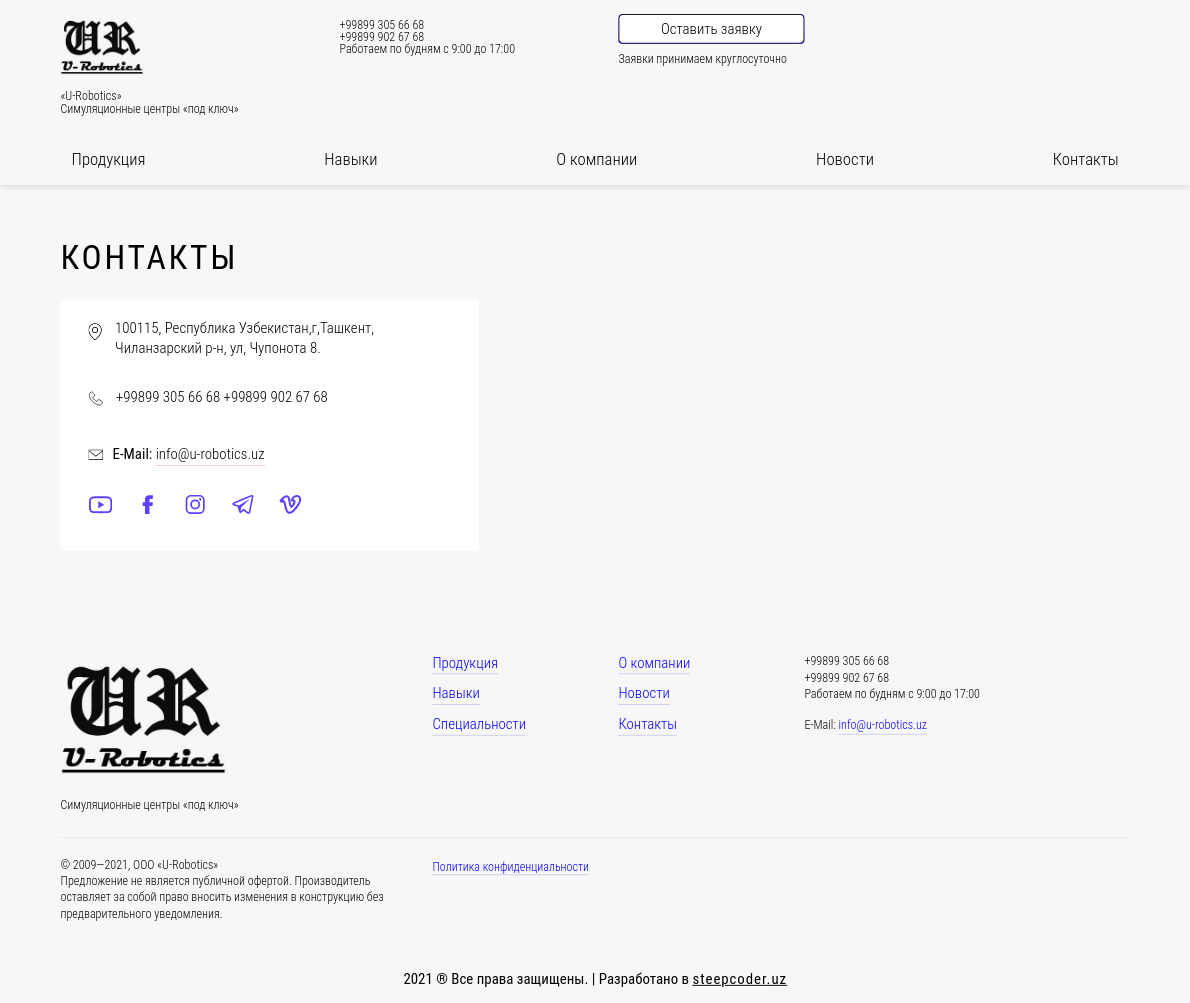
Repository: remrtehno/hotel
Page: http://localhost/contact
The author's editor kept a copy of each file at every save. The page is drawn from the files as they stood at one save, then again after the next save.
The browser window is 1280 px wide. The pictures show the whole page, at 93% of full size.
Some web fonts or font styles are not loaded; a fallback is used. The page is served by the project's Laravel application, run on PHP 8.4 with Laravel 8. Other server files are loaded and not shown. The database holds what the project's SQL file puts in it.

Above is the page before, as saved 2021-04-25 17:51:21.

### app/Providers/AppServiceProvider.php
<?php

namespace App\Providers;

use Illuminate\Support\ServiceProvider;
use App\Contact;

class AppServiceProvider extends ServiceProvider
{
    /**
     * Register any application services.
     *
     * @return void
     */
    public function register()
    {
        //
    }

    /**
     * Bootstrap any application services.
     *
     * @return void
     */
    public function boot()
    {
        view()->composer('*', function ($view) {
            $contacts = Contact::first();
            $view->with('contact_info', [
                'phone' => $contacts->phone,
                'email' => $contacts->email,
            ]);
        });
    }
}

### routes/web.php
<?php

/*
|--------------------------------------------------------------------------
| Web Routes
|--------------------------------------------------------------------------
|
| Here is where you can register web routes for your application. These
| routes are loaded by the RouteServiceProvider within a group which
| contains the "web" middleware group. Now create something great!
|
*/

Route::get('/', "MainController@index")->name("index");
Route::get('/catalog', "MainController@catalog")->name("catalog");
Route::get('/products', "MainController@products")->name("products");
Route::get('/category/{slug}', "MainController@category")->name("category");
Route::get('/detail/{slug}', "MainController@detail")->name("detail");
Route::get('/newsdetail/{slug}', "MainController@newsdetail")->name("newsdetail");
Route::get('/gallery', "MainController@gallery")->name("gallery");
Route::get('/news', "MainController@news")->name("news");
Route::get('/about', "MainController@about")->name("about");
Route::get('/video', "MainController@video")->name("video");
Route::get('/contact', "MainController@contact")->name("contact");
Route::get('/stocks', "MainController@stocks")->name("stocks");
Route::get('/services', "MainController@services")->name("services");
Route::get('/servicesdetail/{id}', "MainController@servicesdetail")->name("servicesdetail");




Route::group(['prefix'=>'admin','namespace'=>'Admin','middleware'=>'auth'], function(){

    Route::get('/', 'MainController@index');
    Route::resource('/post','ProductController');
    Route::resource('/category','CategoryController');
    Route::resource('/slider','SliderController');
    Route::resource('/services','ServicesController');
    Route::resource('/about','AboutController');
    Route::resource('/news','NewsController');
    Route::resource('/video','VideoController');
    Route::resource('/contact','ContactController');
    Route::resource('/logo','LogoController');
    Route::resource('/stock','StockController');
});

Auth::routes();

Route::get('/home', 'HomeController@index')->name('home');

### app/Contact.php
<?php

namespace App;

use Illuminate\Database\Eloquent\Model;

class Contact extends Model
{
    protected $table = "contacts";
    protected $fillable = ['email','phone','address'];



    public static function add($fields)
    {
        $post = new static;
        $post->fill($fields);
        $post->save();
        return $post;
    }

    public function edit($fields)
    {
        $this->fill($fields);
        $this->save();
    }
}

### resources/views/main/main.blade.php
<!DOCTYPE html>
<html lang="en-US">
    <head>
        <meta charset="UTF-8" />
        <meta name="viewport" content="width=device-width, initial-scale=1, maximum-scale=1">
        <meta name="keywords" content="{{ $meta_key }}">
        <meta name="description" content="{{ $meta_desc }}">


        <link rel="preconnect" href="https://fonts.gstatic.com">
        <link
            href="https://fonts.googleapis.com/css2?family=Roboto+Condensed:ital,wght@0,300;0,400;0,700;1,300&display=swap"
            rel="stylesheet">
        <link rel="icon" type="image/png" href="">
        <link href="/css/slick.css" rel="stylesheet">
        <link href="/css/slicknav.css" rel="stylesheet">
        <link href="/css/jquery.fancybox.min.css" rel="stylesheet">
        <link href="/css/styles.min.css" rel="stylesheet">
        <link href="/css/template170321.css" rel="stylesheet">
        <link rel="stylesheet" href="/css/style-new.css">

        <!--[if IE 8]>
        <link rel="stylesheet" type="text/css"
            href="/public/fazka/css/vc-ie8.css" media="screen">
        <![endif]-->
    </head>

    <body>
        @include("lib.header")

        <main>
            @yield("slider")
            @yield("userwrap")
            @yield("content")
        </main>

        @include("lib.footerinput")

        <div class="copyright" style="text-align: center; padding-bottom: 15px;">
            2021 ® Все права защищены.
            | Разработано в <a style="display: inline; color: black; letter-spacing: 1px;"
                href="http://steepcoder.uz/site"><u>steepcoder.uz</u></a>
        </div>

        <script src="js/jquery.3.2.1.min.js"></script>
        <script src="js/svg4everybody.min.js"></script>
        <script src="js/slick.min.js"></script>
        <script src="js/jquery.slicknav.js"></script>
        <script src="js/scripts.js"></script>

    </body>
</html>

### resources/views/lib/header.blade.php
<header>
  <div class="container">
      <!-- BEGIN HEADERBAR-->
      <div class="headerbar">
          <div class="headerbar__row">
              <div class="headerbar__logo">
                  <a href="">
                      <img src="/uploads/logo/logo.png" alt="">
                      <p>«U-Robotics» <br> Симуляционные центры «под ключ»</p>
                  </a>
              </div>
              <div class="headerbar__info">
                  <style>
                      .headerbar__info {
                          font-size: 22px;
                      }
                  </style>
                {!! $contact_info['phone'] !!}
                  <p>Работаем по будням с 9:00 до 17:00</p>
              </div>
              <div class="headerbar__request">
                  <a class="js-modal-show" data-target="js-request"><span>Оставить заявку</span></a>

                  <p>Заявки принимаем круглосуточно</p>
              </div>
          </div>
      </div>
      <!-- END HEADERBAR -->
      <!-- BEGIN NAVBAR -->
      <nav class="navbar wr">
          <div class="slicknav_menu"><a href="#" aria-haspopup="true" role="button" tabindex="0" class="slicknav_btn slicknav_collapsed"><span class="slicknav_menutxt"></span><span class="slicknav_icon slicknav_no-text"><span class="slicknav_icon-bar"></span><span class="slicknav_icon-bar"></span><span class="slicknav_icon-bar"></span></span></a>
              <ul class="slicknav_nav slicknav_hidden" aria-hidden="true" role="menu" style="display: none;">
                  <li><a href="{{ route('products') }}" role="menuitem" tabindex="-1">Продукция</a></li>
                  <li><a href="#skill" class="js-anchor" >Навыки</a></li>
                  <li><a href="{{ route('about') }}">О компании</a></li>
                  <li><a href="{{ route('news') }}">Новости</a></li>
                  <li><a href="{{ route('contact') }}">Контакты</a></li>
              </ul>
          </div>
          <ul class="navbar__menu">
              <li><a href="{{ route('products') }}">Продукция</a></li>
              <li><a href="#skill" class="js-anchor">Навыки</a></li>
              <li><a href="{{ route('about') }}">О компании</a></li>
              <li><a href="{{ route('news') }}">Новости</a></li>
              <li><a href="{{ route('contact') }}">Контакты</a></li>
          </ul>
      </nav>
      <!-- END NAVBAR  -->
  </div>
</header>

### resources/views/lib/footerinput.blade.php
<footer class="footer-noborder">
    <div class="container">
        <!-- BEGIN FOOTERBAR-->
        <section class="footerbar">
            <div class="footerbar__row">
                <div class="footerbar__logo">
                    <a href="">
                        <img src="img/logo.jpg" alt="">
                        <p> Симуляционные центры «под ключ»</p>
                    </a>

                </div>

                <div class="footerbar__menu">
                    <ul>
                        <li><a href="produkciya.html">Продукция</a></li>
                        <li><a href="navyki.html">Навыки</a></li>
                        <li><a href="specialnosti.html">Специальности</a></li>
                        <li><a href="o-kompanii.html">О компании</a></li>
                        <li><a href="novosti.html">Новости</a></li>
                        <li><a href="kontakty.html">Контакты</a></li>
                    </ul>

                </div>
                <div class="footerbar__contacts">
                    {!! $contact_info['phone'] !!}
                    <p>Работаем по будням с 9:00 до 17:00</p>
                    {!! $contact_info['email'] !!}

                </div>
            </div>
        </section>
        <!-- END FOOTERBAR -->
        <!-- BEGIN BOTTOM-->
        <div class="bottom">
            <div class="bottom__row">
                <div class="bottom__copyright">
                    <span>© 2009—2021, ООО «U-Robotics»</span>
                    <br>
                    <span>Предложение не является публичной офертой. Производитель оставляет за собой право вносить
                        изменения в конструкцию без предварительного уведомления.</span>
                </div>
                <div class="bottom__privacy">
                    <a href="politika-konfidencialnosti.html">Политика конфиденциальности</a>
                </div>
            </div>
        </div>
        <!-- END BOTTOM -->
    </div>
</footer>
<!-- BEGIN MODAL-->
<div class="modal  js-modal" id="js-request">
    <p class="modal__title">Обратная связь</p>
    <!-- BEGIN FORM -->
    <form class="form" action="" enctype="multipart/form-data">
        <div class="FLresult form__group"></div>
        <div class="form__group">
            <input type="text" name="ФИО" placeholder="ФИО" required="">
        </div>
        <div class="form__group">
            <input class="phone" type="tel" placeholder="Телефон" name="Телефон" required="">
        </div>
        <div class="form__group">
            <input type="email" name="Почта" placeholder="Эл. почта" required="">
        </div>
        <div class="form__group">
            <input type="text" name="Город и место работы" placeholder="Город и место работы">
        </div>
        <div class="form__group">
            <input type="text" name="Тема сообщения" placeholder="Тема">
        </div>
        <div class="form__group">
            <textarea name="Текст сообщения" placeholder="Текст"></textarea>
        </div>
        <div class="form__file">
            <label>
                <input type="file" name="attachment">
                <span>
                    <svg>
                        <use xlink:href="img/sprite.svg#file"></use>
                    </svg>
                    Прикрепить файл
                </span>
            </label>
            <input type="text" id="filename" class="filename" disabled="">
            <button class="file-remove">
                <svg>
                    <use xlink:href="img/sprite.svg#close"></use>
                </svg>
            </button>
        </div>
        <div class="form__checkbox">
            <input type="checkbox" name="agree" id="agree" checked="" required="">
            <label for="agree">
                <span>Нажимая кнопку «Отправить», я соглашаюсь на <a
                        href="soglashenie-ob-obrabotke-personalnyh-dannyh.html">обработку персональных данных</a></span>
                <svg>
                    <use xlink:href="img/sprite.svg#check"></use>
                </svg>
            </label>
        </div>
        <input type="hidden" name="formid" value="basic" data-fl-name="Форма">
        <button class="form__submit FLajax" type="submit" data-fl-theme="Сообщение с сайта U-robotics"><span>Отправить
                сообщение</span></button>
    </form>
    <!-- END FORM -->
    <a href="#" class="modal__close  js-modal-close">✖</a>
</div>
<!-- END MODAL -->

### public/css/template170321.css
.page-title h1 {
	text-transform: uppercase;
	font-size: 36px;
	letter-spacing: 3px;
}

.has-error {
	border: 1px solid red!important;
}

.search_title {
	padding: 10px 10px 10px 16px;
	background-color: #fff;
}

.search_title a {
	color: #5e42fc;
	border-bottom: 1px solid rgba(143, 11, 11, .2);
	-webkit-transition: all .3s linear;
	transition: all .3s linear;
	font-size: 18px;
	font-weight: 300;
}

.search_extract {
	padding: 0px 10px 10px 16px;
	background-color: #fff;
}

.evoSearch_info {
	padding: 15px 10px 15px 16px;
	background-color: #fff;
	margin-bottom: 20px;
	font-size: 20px;
}

.js-modal-show {
	cursor: pointer;
}

.other-feedback {
	margin-top: 20px;
}

.product__txt a {
	color: #5e42fc;
	border-bottom: 1px solid #5e42fc;
	-webkit-transition: all .3s linear;
	transition: all .3s linear;
	font-size: 18px;
	font-weight: 300;
}

.filter__hidden,
.form__checkbox {
	transition: all .3s linear;
}

.product__header-center {
	box-sizing: border-box;
	margin-left: 25px;
	margin-right: 25px;
	word-wrap: break-word;
}

.product__txt ul li {
	list-style-type: disc;
	list-style-position: outside;
	margin-left: 20px;
}

.product__txt ol li {

}

.product__txt ol {
	padding-left: inherit;
}
.banner__caption {
	display: flex;
	align-items: center;
	justify-content: center;
	padding-top: initial;
	top: -20px;
}
.banner__txt{
	font-size: 35px;
}

.news__desc h3 {
    min-height: 90px;
}

.social ul {
    margin: 30px 0 0;
    padding: 0;
    list-style: none;
    display: -webkit-box;
    display: -ms-flexbox;
    display: flex;
    -webkit-box-align: center;
    -ms-flex-align: center;
    align-items: center;
    -webkit-box-pack: end;
    -ms-flex-pack: end;
    justify-content: start;
}
.social ul li:first-child {
    margin-left: 0;
}
.social ul li {
    margin-left: 25px;
}
.social ul li a {
    display: block;
    width: 26px;
    height: 21px;
}
.social ul li a svg {
    width: 100%;
    height: 100%;
    fill: #5e42fc;
    -webkit-transition: .3s linear;
    transition: .3s linear;
}
.social ul li a:hover svg {
    fill: #5e42fc;
		opacity: 0.7;
}

.contacts__map {
    height: 270px;
}

@media screen and (max-width: 1199px){
	.banner__txt {
		font-size: 38px;

	}
	.social ul {
    -webkit-box-pack: center;
    -ms-flex-pack: center;
    justify-content: center;
}
}

@media screen and (max-width: 991px){
	.banner__txt {

		font-size: 32px;
	}
}

### public/css/style-new.css
* {
    outline: none;
}

.footerbar__logo img {
    mix-blend-mode: multiply;
}

.headerbar__logo img {
    mix-blend-mode: multiply;
    width: 90px;
}

header {
    color: black;
    background: none;
}

header * {
    color: #000000 !important;
}

.headerbar__info a,
.headerbar__info p {
    color: black;
}

.headerbar__request a span {
    background-color: white;
    border: 1px solid #000;
    border-radius: 5px;
}

.criteria__item svg {
    fill: black;
}

.headerbar__logo {
    padding-top: 0;
}

.wrapper {
    height: 100%;
    display: flex;
    justify-content: center;
    align-items: center;
}

@media (max-width: 767px) {
    .wrapper {
        padding: 50px 10px;
    }
}

/* Основные стили */

/* Слайдер */

.slick-slider {
    min-width: 0;
}

/* Ограничивающая оболочка */

.slick-list {
    overflow: hidden;
}

/* Лента слайдов */

.slick-track {
    display: flex;
    align-items: flex-start;
}

/* Слайд */

.slick-slide {
}

/* Слайд активный */

.slick-slide.slick-active {
}

/* Слайд основной */

.slick-slide.slick-current {
}

/* Слайд по центру */

.slick-slide.slick-center {
}

/* Стрелка */

.slick-arrow {
}

/* Стрелка влево */

.slick-arrow.slick-prev {
}

/* Стрелка вправо */

.slick-arrow.slick-next {
}

/* Стрелка не активная */

.slick-arrow.slick-disabled {
}

/* Точки */

.slick-dots {
}

.slick-dots li {
}

.slick-dots button {
}

/* Конкретный слайдер */

.slider {
    position: relative;
}

.slider .slick-arrow {
    position: absolute;
    top: 50%;
    margin: -30px 0px 0px 0px;
    z-index: 10;
    font-size: 0;
    width: 30px;
    height: 60px;
    border: 0;
    outline: none;
    cursor: pointer;
}

.slider .slick-arrow.slick-prev {
    left: 15px;
    background: url("../img/sl-arrow_l.svg") 0 0 / 65% no-repeat;
}

.slider .slick-arrow.slick-next {
    right: 15px;
    background: url("../img/sl-arrow_r.svg") 0 0 / 65% no-repeat;
}

.slider .slick-arrow.slick-disabled {
    opacity: 0.2;
}

.slider .slick-dots {
    display: flex;
    align-items: center;
    justify-content: center;
}

.slider .slick-dots li {
    list-style: none;
    margin: 0px 10px;
}

.slider .slick-dots button {
    font-size: 0;
    width: 10px;
    height: 10px;
    background-color: #fff;
    border-radius: 50%;
    border: 0;
}

.slider .slick-dots li.slick-active button {
    background-color: transparent;
    border: 1px solid #fff;
}

.slider__item img {
    max-width: 100%;
}

.slider__item.slick-center {
}

@media (max-width: 992px) {
    .slicknav_menu:nth-child(2) {
        display: none;
    }
}
@media (min-width: 992px) {
    .product-container {
        display: grid;
        grid-template-columns: 270px 1fr;
        grid-template-rows: 1fr;
        gap: 30px 30px;
    }
}



.form__checkbox label::before {

}

### med.sql (the tables this page reads)
CREATE TABLE `contacts` (
  `id` bigint(20) UNSIGNED NOT NULL,
  `email` text COLLATE utf8mb4_unicode_ci NOT NULL,
  `phone` text COLLATE utf8mb4_unicode_ci NOT NULL,
  `address` text COLLATE utf8mb4_unicode_ci NOT NULL,
  `map` text COLLATE utf8mb4_unicode_ci,
  `created_at` timestamp NULL DEFAULT NULL,
  `updated_at` timestamp NULL DEFAULT NULL
) ENGINE=InnoDB DEFAULT CHARSET=utf8mb4 COLLATE=utf8mb4_unicode_ci;

INSERT INTO `contacts` (`id`, `email`, `phone`, `address`, `map`, `created_at`, `updated_at`) VALUES
(1, '<p>E-Mail: <a href=\"mailto:alan-tailor@inbox.ru\"> <strong> </strong></a><a href=\"mailto:info@urobotics.uz\">info@u-robotics.uz</a><a href=\"mailto:alan-tailor@inbox.ru\"><strong> </strong> </a></p>', '<p>+99899 305 66 68</p>\r\n\r\n<p>+99899 902 67 68</p>', '<p>100115, Республика Узбекистан,г,Ташкент, Чиланзарский р-н, ул, Чупонота 8.</p>', '{\"id\":\"1\",\"lat\":41.27600399641173,\"lng\":69.22133012340393}', NULL, '2021-05-04 07:38:21');

ALTER TABLE `contacts`
  ADD PRIMARY KEY (`id`);

ALTER TABLE `contacts`
  MODIFY `id` bigint(20) UNSIGNED NOT NULL AUTO_INCREMENT, AUTO_INCREMENT=2;

Loaded but not shown: app/Http/Controllers/Auth/LoginController.php (common file); app/Http/Controllers/Controller.php (common file); public/css/slick.css (common file); public/css/slicknav.css (common file); public/css/jquery.fancybox.min.css (library); public/css/styles.min.css (library); public/js/jquery.3.2.1.min.js (library); public/js/svg4everybody.min.js (common file); public/js/slick.min.js (library); public/js/jquery.slicknav.js (library); public/img/sprite.svg (134 lines, source omitted); public/img/media.svg (21 lines, source omitted); public/js/scripts.js (128 lines, source omitted); resources/views/contact/index.blade.php (729 lines, source omitted); app/Http/Controllers/MainController.php (203 lines, source omitted)

After the next save:
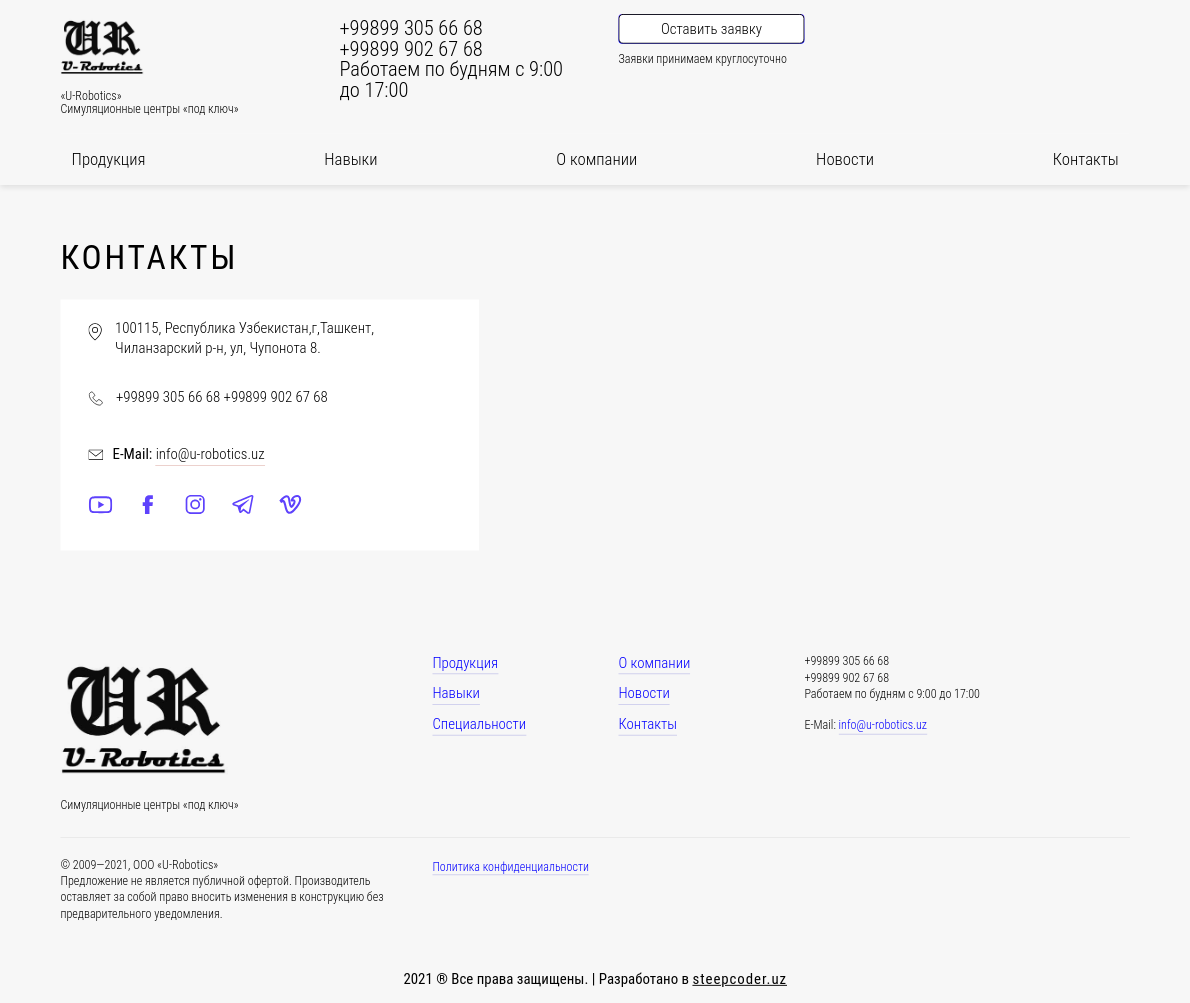
Saved 12 s later.
--- a/resources/views/lib/header.blade.php
+++ b/resources/views/lib/header.blade.php
@@ -11,7 +11,7 @@
               </div>
               <div class="headerbar__info">
                   <style>
-                      .headerbar__info {
+                      .headerbar__info p {
                           font-size: 22px;
                       }
                   </style>
